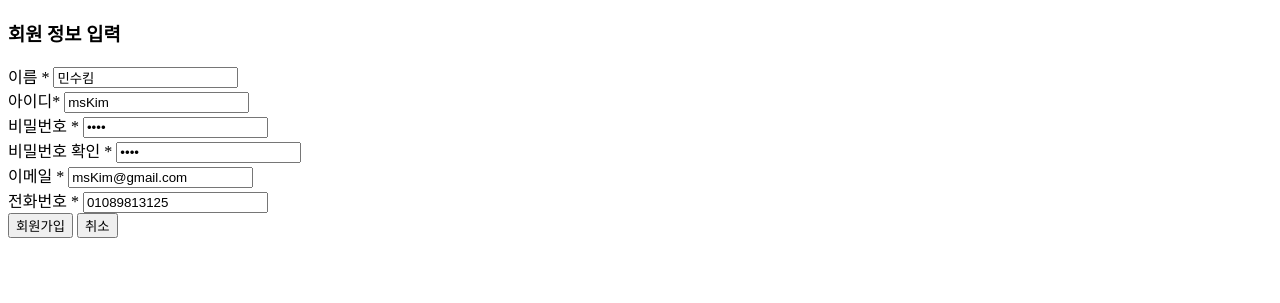
Repository: angwanghyeon/eclipse
Page: http://localhost/sec07/01_addMemberForm.jsp
The author's editor kept a copy of each file at every save. The page is drawn from the files as they stood at one save, then again after the next save.
The browser window is 1280 px wide. The pictures show the whole page.
The page is served by Tomcat 9.

Above is the page before, as saved 2023-09-01 07:24:58.

After the next save:
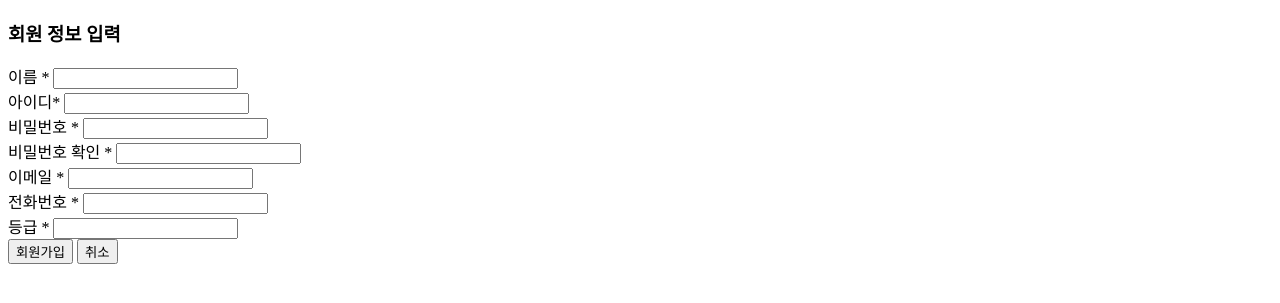
Saved 114 s later.
--- a/sec07/src/main/webapp/01_addMemberForm.jsp
+++ b/sec07/src/main/webapp/01_addMemberForm.jsp
@@ -13,24 +13,28 @@
 
 		<label for="name">이름</label><span> * </span>
 		<input type="text"
-			name="name" id="name" value="민수킴"><br>
+			name="name" id="name" ><br>
 
 		<label for="userid">아이디</label><span>*</span>
-		<input type="text" id="userid" name="userid" value="msKim"><br>
+		<input type="text" id="userid" name="userid" ><br>
 
 		<label for="pwd">비밀번호</label><span> * </span>
-		<input type="password" id="pwd" name="pwd" value="1234"><br>
+		<input type="password" id="pwd" name="pwd" ><br>
 
 		<label for="pwd">비밀번호 확인</label><span> * </span>
-		<input type="password" id="pwd" name="pwd" value="1234"><br>
+		<input type="password" id="pwd" name="pwd" ><br>
 
 		<label for="email">이메일</label><span> * </span>
 		<input type="email"
-			id="email" name="email" value="msKim@gmail.com"><br>
+			id="email" name="email" ><br>
 
 		<label for="phone">전화번호</label><span> * </span>
 		<input type="tel"
-			id="phone" name="phone" value="01089813125"><br>
+			id="phone" name="phone" ><br>
+
+		<label for="phone">등급</label><span> * </span>
+		<input type="tel"
+			id="phone" name="phone" ><br>
 
 		<input type="submit" value="회원가입">
 		<input type="reset" value="취소">
